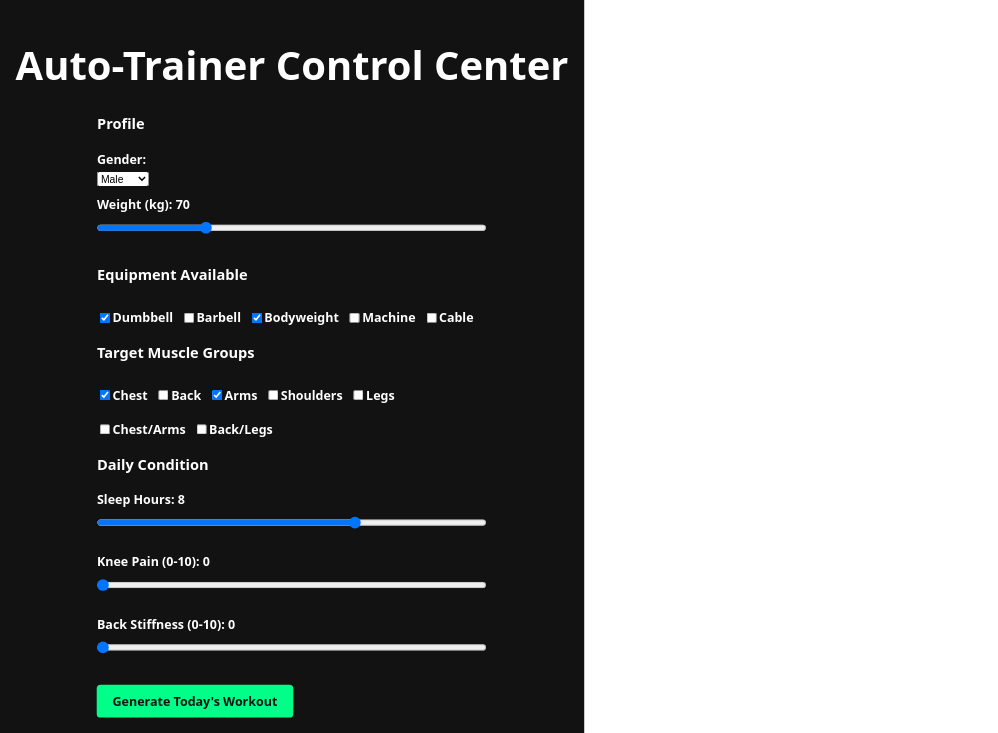
Repository: Ndegwa2/trainer
Page: / (app in frontend/)
These files come from the project's save history. The page is drawn as it stood at one moment and after the next save; the edit follows.
The browser window is 1280 px wide. The pictures show the whole page, at 78% of full size.
The project was rebuilt for these pictures with package versions that can differ from the ones it lists, and the page was loaded fresh each time. Also part of the build but not shown: frontend/vite.config.js.

Above is the page before, as saved 2026-03-04 15:39:33.

After the next save:
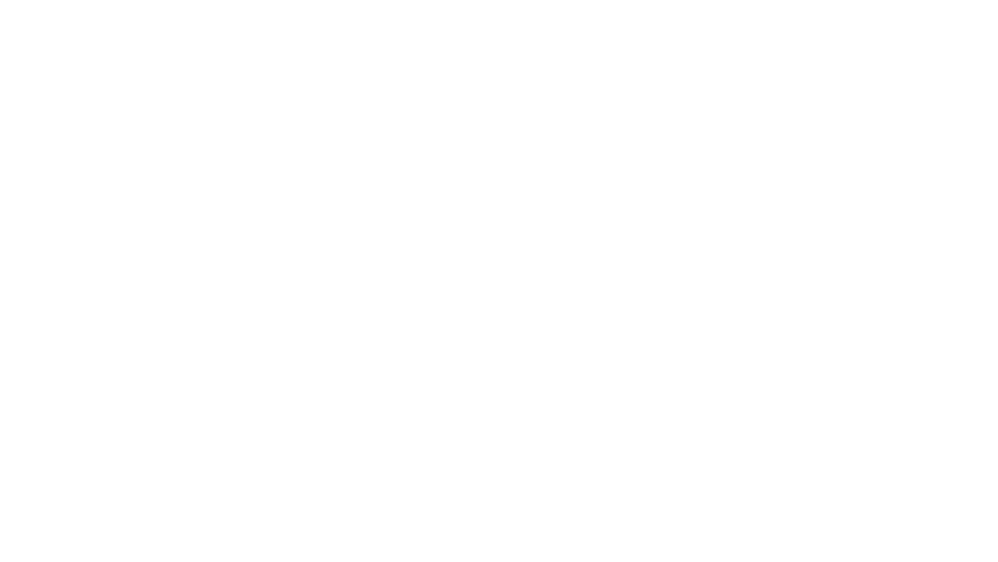
Console error: ReferenceError: handleChatSubmit is not defined
Saved 50 s later.
--- a/frontend/src/App.jsx
+++ b/frontend/src/App.jsx
@@ -1,4 +1,4 @@
-import React, { useState } from 'react';
+import React, { useState, useRef, useEffect } from 'react';
 import axios from 'axios';
 import './App.css';
 
@@ -16,6 +16,14 @@
 
     const [ workoutData, setWorkoutData] = useState(null);
 
+    // Chat state
+    const [chatMessages, setChatMessages] = useState([
+        { role: 'assistant', content: 'Hi! I\'m your AI personal trainer. Ask me anything about workouts, nutrition, or fitness!' }
+    ]);
+    const [chatInput, setChatInput] = useState('');
+    const [isChatLoading, setIsChatLoading] = useState(false);
+    const chatEndRef = useRef(null);
+
     const equipmentOptions = ['Dumbbell', 'Barbell', 'Bodyweight', 'Machine', 'Cable'];
     const partOptions = ['Chest', 'Back', 'Arms', 'Shoulders', 'Legs', 'Chest/Arms', 'Back/Legs'];
 
@@ -135,6 +143,101 @@
                 <p>No exercises match your criteria. Try adjusting your equipment or target muscle groups.</p>
             </div>
         )}
+
+        {/* AI Chatbox */}
+        <div style={{
+            marginTop: '40px',
+            maxWidth: '500px',
+            margin: '40px auto',
+            border: '1px solid #444',
+            borderRadius: '10px',
+            backgroundColor: '#1e1e1e',
+            overflow: 'hidden'
+        }}>
+            <div style={{
+                padding: '15px',
+                backgroundColor: '#2d2d2d',
+                borderBottom: '1px solid #444',
+                display: 'flex',
+                alignItems: 'center',
+                gap: '10px'
+            }}>
+                <span style={{ fontSize: '24px' }}>🤖</span>
+                <h3 style={{ margin: 0, color: '#00ff88' }}>AI Trainer Chat</h3>
+            </div>
+
+            <div style={{
+                height: '300px',
+                overflowY: 'auto',
+                padding: '15px',
+                display: 'flex',
+                flexDirection: 'column',
+                gap: '10px'
+            }}>
+                {chatMessages.map((msg, index) => (
+                    <div key={index} style={{
+                        alignSelf: msg.role === 'user' ? 'flex-end' : 'flex-start',
+                        maxWidth: '80%',
+                        padding: '10px 15px',
+                        borderRadius: '15px',
+                        backgroundColor: msg.role === 'user' ? '#00ff88' : '#333',
+                        color: msg.role === 'user' ? '#000' : '#fff',
+                    }}>
+                        {msg.content}
+                    </div>
+                ))}
+                {isChatLoading && (
+                    <div style={{
+                        alignSelf: 'flex-start',
+                        padding: '10px 15px',
+                        borderRadius: '15px',
+                        backgroundColor: '#333',
+                        color: '#888',
+                    }}>
+                        Typing...
+                    </div>
+                )}
+                <div ref={chatEndRef} />
+            </div>
+
+            <form onSubmit={handleChatSubmit} style={{
+                display: 'flex',
+                padding: '15px',
+                borderTop: '1px solid #444',
+                gap: '10px'
+            }}>
+                <input
+                    type="text"
+                    value={chatInput}
+                    onChange={(e) => setChatInput(e.target.value)}
+                    placeholder="Ask about workouts, nutrition..."
+                    style={{
+                        flex: 1,
+                        padding: '10px',
+                        borderRadius: '20px',
+                        border: '1px solid #444',
+                        backgroundColor: '#2d2d2d',
+                        color: 'white',
+                        outline: 'none'
+                    }}
+                />
+                <button
+                    type="submit"
+                    disabled={isChatLoading || !chatInput.trim()}
+                    style={{
+                        padding: '10px 20px',
+                        borderRadius: '20px',
+                        border: 'none',
+                        backgroundColor: '#00ff88',
+                        color: '#000',
+                        cursor: isChatLoading ? 'not-allowed' : 'pointer',
+                        fontWeight: 'bold'
+                    }}
+                >
+                    Send
+                </button>
+            </form>
+        </div>
     </div>
   );
 }

After the 2 saves that followed:
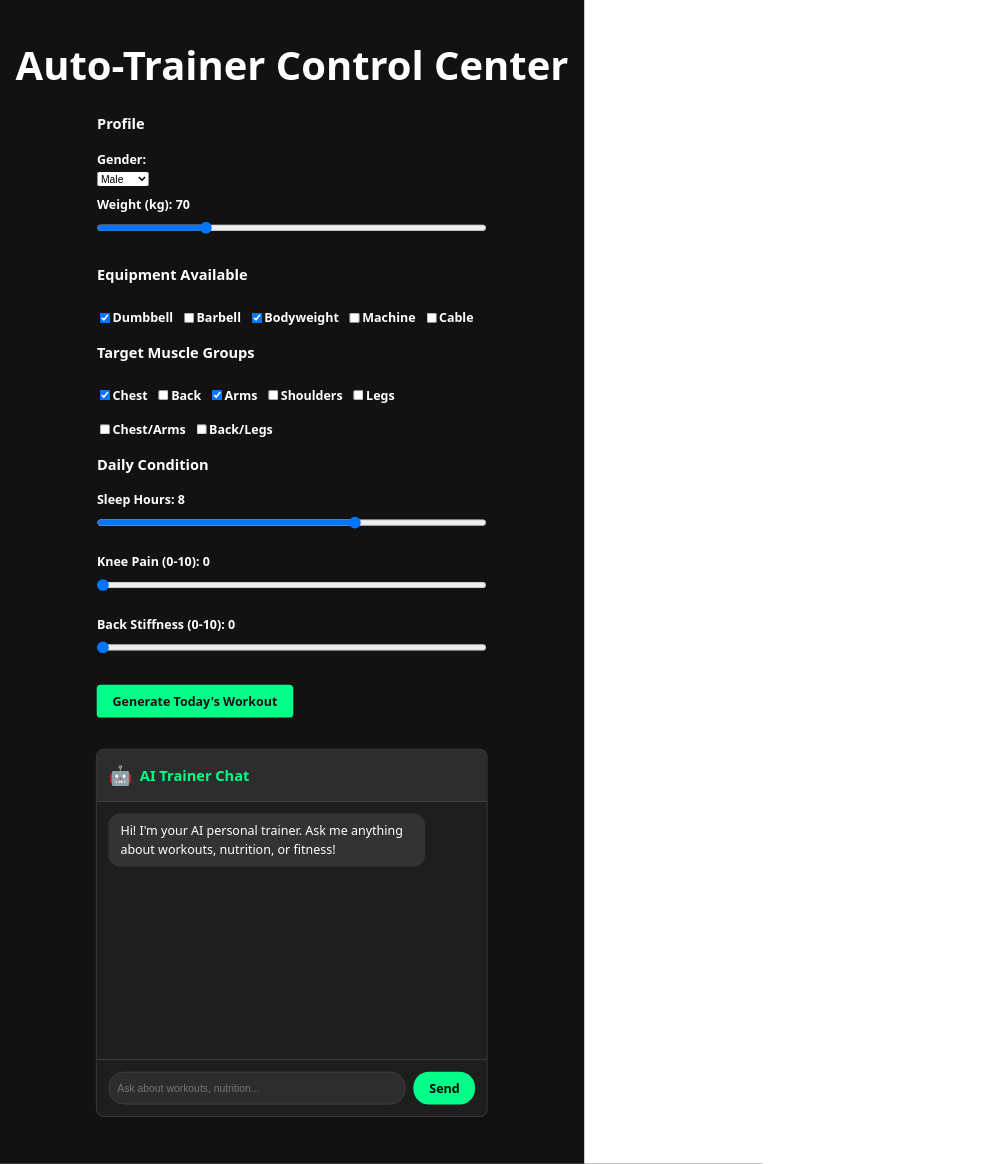
The error is gone.
The 2 saves are shown as one change because 1 left the picture as it was.
The last was saved 4 min 13 s later.
--- a/frontend/src/App.jsx
+++ b/frontend/src/App.jsx
@@ -1,4 +1,4 @@
-import React, { useState, useRef, useEffect } from 'react';
+import React, { useState, useRef } from 'react';
 import axios from 'axios';
 import './App.css';
 
@@ -49,6 +49,29 @@
         } catch (err) {
             console.error("Error fetching workout:", err);
             alert("Make sure your backend server is running on port 5000!");
+        }
+    };
+
+    const handleChatSubmit = async (e) => {
+        e.preventDefault();
+        if (!chatInput.trim() || isChatLoading) return;
+
+        const userMessage = chatInput.trim();
+        setChatInput('');
+        setChatMessages(prev => [...prev, { role: 'user', content: userMessage }]);
+        setIsChatLoading(true);
+
+        try {
+            const response = await axios.post('http://localhost:5000/api/chat', {
+                message: userMessage,
+                context: stats
+            });
+            setChatMessages(prev => [...prev, { role: 'assistant', content: response.data.reply }]);
+        } catch (err) {
+            console.error("Chat error:", err);
+            setChatMessages(prev => [...prev, { role: 'assistant', content: "Sorry, I'm having trouble responding right now. Please try again!" }]);
+        } finally {
+            setIsChatLoading(false);
         }
     };
 
